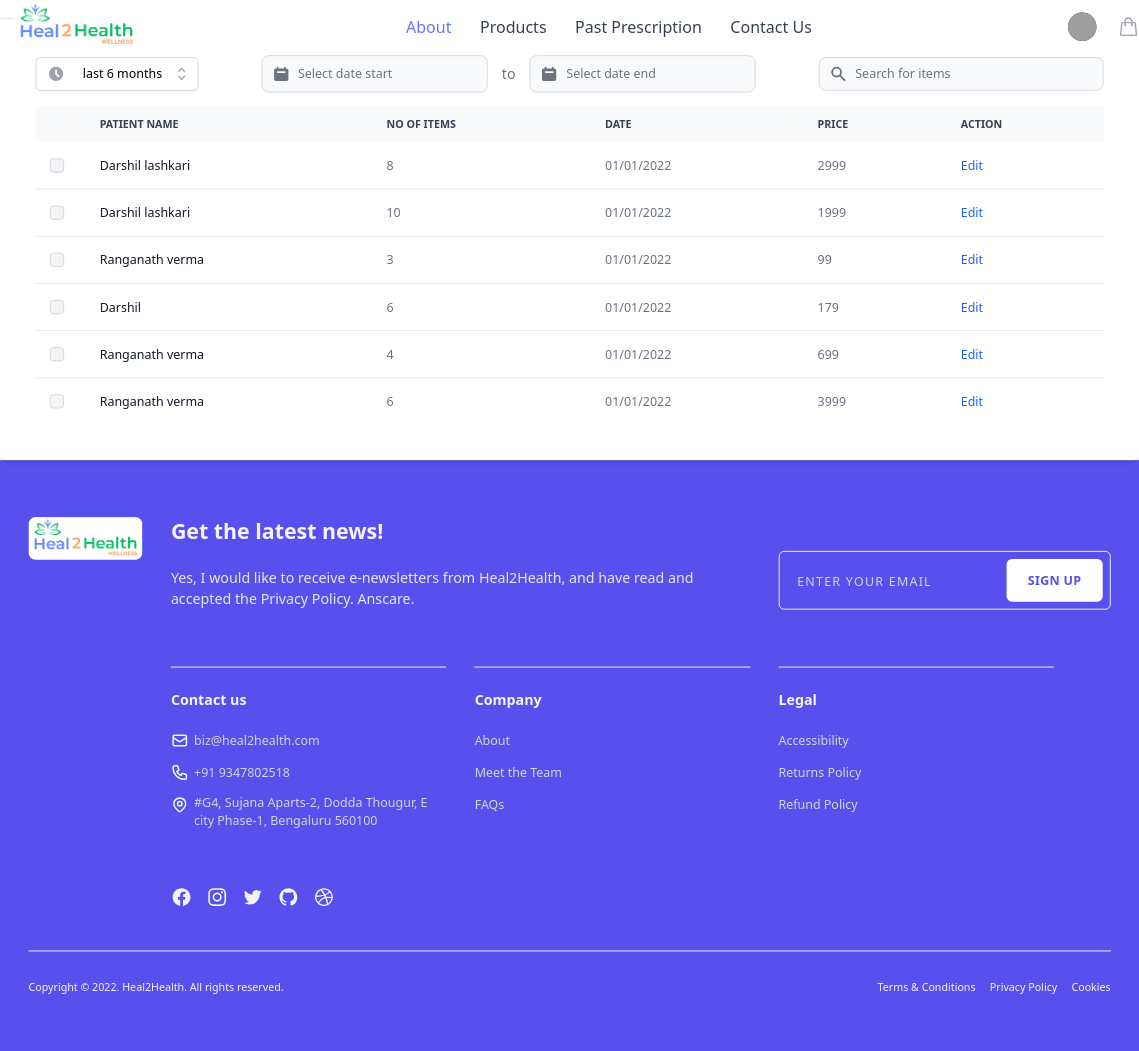
Repository: Akash123-coder/H2H
Page: /pastprescription (app in Frontend/)
An editor plug-in stored every save of this project. The page is shown before and after a run of saves, followed by the edit.
The browser window is 1280 px wide. The pictures show the whole page, at 89% of full size.
Pictures or frames that could not be fetched are drawn as grey boxes. The project was rebuilt for these pictures with package versions that can differ from the ones it lists, and the page was loaded fresh each time. Also part of the build but not shown: Frontend/vite.config.ts, Frontend/src/pages/About.tsx, Frontend/src/components/Cta.jsx, Frontend/src/pages/Home.jsx, Frontend/src/components/Product.tsx, Frontend/src/pages/Prescription.jsx, Frontend/src/pages/SignUp.jsx, Frontend/src/pages/Login.jsx and 1 more.

Above is the page before, as saved 2022-09-30 22:26:50.

### Frontend/index.html
<!DOCTYPE html>
<html lang="en">
  <head>
    <meta charset="UTF-8" />
    <link rel="icon" type="image/svg+xml" href="/vite.svg" />
    <meta name="viewport" content="width=device-width, initial-scale=1.0" />
    <title>Heal2Health</title>
  </head>
  <body>
    <div id="root"></div>
    <script type="module" src="/src/main.tsx"></script>
  </body>
</html>

### Frontend/src/main.tsx
import React from 'react'
import ReactDOM from 'react-dom/client'
import App from './App'
import './index.css'
import {BrowserRouter} from 'react-router-dom'

ReactDOM.createRoot(document.getElementById('root') as HTMLElement).render(
  <React.StrictMode>
    <BrowserRouter>
    <App />
    </BrowserRouter>
  </React.StrictMode>
)

### Frontend/src/App.jsx
import { Routes, Route } from "react-router-dom";
import Navbar from "./components/Navbar.jsx";
import { ShoppingCartProvider } from "./context/ShoppingCartContext";
import About from "./pages/About";
import Home from "./pages/Home";
import Prescription from "./pages/Prescription";
import SignUp from "./pages/SignUp";
import Footer from "./components/Footer";
import Login from "./pages/Login";
import Cart from "./pages/Cart";
import CompanyNameSelect from "./pages/CompanyNameSelect.jsx";
import PastPrescription from "./pages/PastPrescription.jsx";

function App() {
  return (
    <ShoppingCartProvider>
      <Navbar />
      <Routes>
        <Route path="/" element={<Home />} />
        <Route path="/prescription" element={<Prescription />} />
        <Route path="/about" element={<About />} />
        <Route path="/login" element={<Login />} />
        <Route path="/SignUp" element={<SignUp />} />
        <Route path="/pastprescription" element={<PastPrescription />} />
        {/* <Route path="/SignUp" element={<CompanyNameSelect />} /> */}
      </Routes>
      <Footer />
    </ShoppingCartProvider>
  );
}

export default App;

### Frontend/src/components/Navbar.jsx
// import user from '../assets/user.png'
import { useState } from 'react'
import logo from '../assets/logo.png'
import {NavLink} from 'react-router-dom'
import { ShoppingBagIcon } from "@heroicons/react/24/outline";
import Cart from '../pages/Cart'

function Navbar() {
    const [Active, setActive] = useState(true)

    const showMenu = () =>{
        setActive(!Active)
    }

  return (
    <div>
      <nav className=" border-b-2 w-full  bg-white px-2 sm:px-4  py-2.5 rounded top-0  dark:bg-gray-900 ">
        <div className="container bg-white w-full flex flex-wrap justify-between h-fit fixed top-0 items-center mx-auto">
          <a href="/" className="flex items-center ">
            <img
              src={logo}
              className="mr-3 h-16 lg:h-14 sm:h-12"
              alt="Flowbite Logo"
            />
          </a>
          <div className="flex items-center md:order-2">
            <NavLink
              to="/login"
              type="button"
              className="flex mr-3 text-sm bg-gray-800 rounded-full md:mr-0 focus:ring-4 focus:ring-gray-300 dark:focus:ring-gray-600"
              id="user-menu-button"
              aria-expanded="false"
              data-dropdown-toggle="user-dropdown"
              data-dropdown-placement="bottom"
            >
              <span className="sr-only">Open user menu</span>
              <img
                className="w-8 h-8 rounded-full"
                src="https://images.pexels.com/photos/614810/pexels-photo-614810.jpeg?auto=compress&cs=tinysrgb&dpr=1&w=500"
                alt="user photo"
              />
            </NavLink>
            <Cart />

            <button
              data-collapse-toggle="mobile-menu-2"
              type="button"
              className="  inlinkne-flex items-center p-2 ml-1 text-sm text-gray-500 rounded-lg md:hidden hover:bg-gray-100 focus:outlinkne-none focus:ring-2 focus:ring-gray-200 dark:text-gray-400 dark:hover:bg-gray-700 dark:focus:ring-gray-600"
              aria-controls="mobile-menu-2"
              aria-expanded="false"
            >
              <span className="sr-only">Open main menu</span>
              <svg
                className="w-6 h-6"
                aria-hidden="true"
                onClick={showMenu}
                fill="currentColor"
                viewBox="0 0 20 20"
                xmlns="http://www.w3.org/2000/svg"
              >
                <path
                  fill-rule="evenodd"
                  d="M3 5a1 1 0 011-1h12a1 1 0 110 2H4a1 1 0 01-1-1zM3 10a1 1 0 011-1h12a1 1 0 110 2H4a1 1 0 01-1-1zM3 15a1 1 0 011-1h12a1 1 0 110 2H4a1 1 0 01-1-1z"
                  clinkp-rule="evenodd"
                ></path>
              </svg>
            </button>
          </div>
          <div
            className={
              !Active
                ? " justify-between items-center w-full md:flex md:w-auto md:order-1 border-b-stone-500"
                : "hidden"
            }
            id="mobile-menu-2"
          >
            <ul className="flex flex-col p-4 mt-4  bg-gray-50 rounded-lg border border-gray-100 md:flex-row md:space-x-8 md:mt-0 md:text-sm md:font-medium md:border-0 md:bg-white dark:bg-gray-800 md:dark:bg-gray-900 dark:border-gray-700">
              <NavLink to="/">
                <a
                  className="block py-2 pr-4 pl-3 text-lg text-white bg-indigo-700 rounded md:bg-transparent md:text-indigo-700 md:p-0 dark:text-white"
                  aria-current="page "
                  onClick={showMenu}
                >
                  About
                </a>
              </NavLink>
              {/* <NavLink to="/about">
                <a
                  className="block py-2 pr-4 pl-3 text-lg text-gray-700 rounded hover:bg-gray-100 md:hover:bg-transparent md:hover:text-indigo-700 md:p-0 dark:text-gray-400 md:dark:hover:text-white dark:hover:bg-gray-700 dark:hover:text-white md:dark:hover:bg-transparent dark:border-gray-700"
                  onClick={showMenu}
                >
                  About
                </a>
              </NavLink> */}

              <NavLink to="/Prescription">
                <a
                  href="#"
                  className="block py-2 pr-4 pl-3 text-lg text-gray-700 rounded hover:bg-gray-100 md:hover:bg-transparent md:hover:text-indigo-700 md:p-0 dark:text-gray-400 md:dark:hover:text-white dark:hover:bg-gray-700 dark:hover:text-white md:dark:hover:bg-transparent dark:border-gray-700"
                  onClick={showMenu}
                >
                  Products
                </a>
              </NavLink>
              <NavLink to="/PastPrescription">
                <a
                  href="#"
                  className="block py-2 pr-4 pl-3 text-lg text-gray-700 rounded hover:bg-gray-100 md:hover:bg-transparent md:hover:text-indigo-700 md:p-0 dark:text-gray-400 md:dark:hover:text-white dark:hover:bg-gray-700 dark:hover:text-white md:dark:hover:bg-transparent dark:border-gray-700"
                  onClick={showMenu}
                  to="/pastprescription"
                >
                  Past Prescription
                </a>
              </NavLink>

              <a
                href="#contact"
                className="block py-2 pr-4 pl-3 text-lg text-gray-700 rounded hover:bg-gray-100 md:hover:bg-transparent md:hover:text-indigo-700 md:p-0 dark:text-gray-400 md:dark:hover:text-white dark:hover:bg-gray-700 dark:hover:text-white md:dark:hover:bg-transparent dark:border-gray-700"
                onClick={showMenu}
              >
                Contact Us
              </a>
            </ul>
          </div>
          <div
            className={
              "hidden justify-between  items-center w-full md:flex md:w-auto md:order-1"
            }
            id="mobile-menu-2"
          >
            <ul className="flex flex-col p-4 mt-4  bg-gray-50 rounded-lg border border-gray-100 md:flex-row md:space-x-8 md:mt-0 md:text-sm md:font-medium md:border-0 md:bg-white dark:bg-gray-800 md:dark:bg-gray-900 dark:border-gray-700">
              <NavLink to="/">
                <a
                  href="#"
                  className="block py-2 pr-4 pl-3 text-lg text-white bg-indigo-700 rounded md:bg-transparent md:text-indigo-500 md:p-0 dark:text-white"
                  aria-current="page"
                >
                  About
                </a>
              </NavLink>
              {/* <NavLink to="/about">
                <a
                  href="#"
                  className="block py-2 pr-4 pl-3 text-gray-700 rounded text-lg hover:bg-gray-100 md:hover:bg-transparent md:hover:text-indigo-700 md:p-0 dark:text-gray-400 md:dark:hover:text-white dark:hover:bg-gray-700 dark:hover:text-white md:dark:hover:bg-transparent dark:border-gray-700"
                >
                  About
                </a>
              </NavLink> */}

              <NavLink to="/prescription">
                <a
                  href="#"
                  className="block py-2 pr-4 pl-3 text-gray-700 rounded text-lg hover:bg-gray-100 md:hover:bg-transparent md:hover:text-indigo-500 md:p-0 dark:text-gray-400 md:dark:hover:text-white dark:hover:bg-gray-700 dark:hover:text-white md:dark:hover:bg-transparent dark:border-gray-700"
                >
                  Products
                </a>
              </NavLink>
              <NavLink to="/PastPrescription">
                <a
                  href="#"
                  className="block py-2 pr-4 pl-3 text-lg text-gray-700 rounded hover:bg-gray-100 md:hover:bg-transparent md:hover:text-indigo-700 md:p-0 dark:text-gray-400 md:dark:hover:text-white dark:hover:bg-gray-700 dark:hover:text-white md:dark:hover:bg-transparent dark:border-gray-700"
                  to="/pastprescription"
                >
                  Past Prescription
                </a>
              </NavLink>
              <a
                href="#contact"
                className="block py-2 pr-4 pl-3 text-gray-700 rounded text-lg hover:bg-gray-100 md:hover:bg-transparent md:hover:text-indigo-500 md:p-0 dark:text-gray-400 md:dark:hover:text-white dark:hover:bg-gray-700 dark:hover:text-white md:dark:hover:bg-transparent dark:border-gray-700"
              >
                Contact Us
              </a>
            </ul>
          </div>
        </div>
      </nav>
    </div>
  );
}

export default Navbar

### Frontend/src/context/ShoppingCartContext.tsx
import {useContext ,useState, createContext ,ReactNode} from 'react'

const ShoppingCartContext = createContext({})

type ShoppingCartProviderProps ={
    children: ReactNode
}
type CartItem = {
    id: number
    quantity:number
}


type ShoppingCartContext ={
    CartQuantity:number
    CartItems:CartItem[]
    getItemQuantity:(id: number) => number
    increaseItemQuantity:(id: number) => void
    decreaseItemQuantity:(id: number) => void
    removeFromCart:(id: number) => void
}

export function useShoppingCart() {
  return ( useContext(ShoppingCartContext)
  )
}

export function ShoppingCartProvider({children}:ShoppingCartProviderProps){
    const [cartItems ,setCartItems] = useState<CartItem>([]);

    const CartQuantity = cartItems.reduce(
        (quantity ,item) => item.quantity + quantity,0
    )

    function getItemQuantity(id : number){
        return cartItems.find( item => item.id === id)?.quantity || 0
    }
    function increaseItemQuantity(id : number){
         setCartItems(currItems =>{
            if(currItems.find(item => item.id === id)==null){
                return [...currItems, {id , quantity : 1}]

            } else {
                return currItems.map(item =>{
                    if(item.id === id ){
                        return {...item ,quantity: item.quantity + 1}
                    }else{
                        return item
                    }
                })
            }
         })
    }
    function decreaseItemQuantity(id: number) {
        setCartItems(currItems => {
          if (currItems.find(item => item.id === id)?.quantity === 1) {
            return currItems.filter(item => item.id !== id)
          } else {
            return currItems.map(item => {
              if (item.id === id) {
                return { ...item, quantity: item.quantity - 1 }
              } else {
                return item
              }
            })
          }
        })
      }
    function removeFromCart(id : number){
        setCartItems(currItems =>{
            return currItems.filter(item =>item.id!==id)
        })
    }
    return (

        <ShoppingCartContext.Provider value = {{getItemQuantity,increaseItemQuantity,decreaseItemQuantity ,removeFromCart,cartItems,CartQuantity}}>
            {children}
        </ShoppingCartContext.Provider>
    )
}

### Frontend/src/components/DatePickercomp.jsx
// import  React from "react";
// import TextField from "@mui/material/TextField";
// import Box from "@mui/material/Box";
// import { LocalizationProvider } from "@mui/x-date-pickers-pro";
// import { AdapterDayjs } from "@mui/x-date-pickers-pro/AdapterDayjs";
// import { DateRangePicker } from "@mui/x-date-pickers-pro/DateRangePicker";

// export default function BasicDateRangePicker() {
//   const [value, setValue] = React.useState([null, null]);

//   return (
//     <LocalizationProvider
//       dateAdapter={AdapterDayjs}
//       localeText={{ start: "Check-in", end: "Check-out" }}
//     >
//       <DateRangePicker
//         value={value}
//         onChange={(newValue) => {
//           setValue(newValue);
//         }}
//         renderInput={(startProps, endProps) => (
//           <React.Fragment>
//             <TextField {...startProps} />
//             <Box sx={{ mx: 2 }}> to </Box>
//             <TextField {...endProps} />
//           </React.Fragment>
//         )}
//       />
//     </LocalizationProvider>
//   );
// }

import React from 'react'

function DatePickercomp() {
  return (
    <div>
<div date-rangepicker="" class="flex items-center">
  <div class="relative">
    <div class="flex absolute inset-y-0 left-0 items-center pl-3 pointer-events-none">
        <svg aria-hidden="true" class="w-5 h-5 text-gray-500 dark:text-gray-400" fill="currentColor" viewBox="0 0 20 20" xmlns="http://www.w3.org/2000/svg"><path fill-rule="evenodd" d="M6 2a1 1 0 00-1 1v1H4a2 2 0 00-2 2v10a2 2 0 002 2h12a2 2 0 002-2V6a2 2 0 00-2-2h-1V3a1 1 0 10-2 0v1H7V3a1 1 0 00-1-1zm0 5a1 1 0 000 2h8a1 1 0 100-2H6z" clip-rule="evenodd"></path></svg>
    </div>
    <input name="start" type="text" class="bg-gray-50 border border-gray-300 text-gray-900 sm:text-sm rounded-lg focus:ring-blue-500 focus:border-blue-500 block w-full pl-10 p-2.5 dark:bg-gray-700 dark:border-gray-600 dark:placeholder-gray-400 dark:text-white dark:focus:ring-blue-500 dark:focus:border-blue-500 datepicker-input" placeholder="Select date start"/>
  </div>
  <span class="mx-4 text-gray-500">to</span>
  <div class="relative">
    <div class="flex absolute inset-y-0 left-0 items-center pl-3 pointer-events-none">
        <svg aria-hidden="true" class="w-5 h-5 text-gray-500 dark:text-gray-400" fill="currentColor" viewBox="0 0 20 20" xmlns="http://www.w3.org/2000/svg"><path fill-rule="evenodd" d="M6 2a1 1 0 00-1 1v1H4a2 2 0 00-2 2v10a2 2 0 002 2h12a2 2 0 002-2V6a2 2 0 00-2-2h-1V3a1 1 0 10-2 0v1H7V3a1 1 0 00-1-1zm0 5a1 1 0 000 2h8a1 1 0 100-2H6z" clip-rule="evenodd"></path></svg>
    </div>
    <input name="end" type="text" class="bg-gray-50 border border-gray-300 text-gray-900 sm:text-sm rounded-lg focus:ring-blue-500 focus:border-blue-500 block w-full pl-10 p-2.5 dark:bg-gray-700 dark:border-gray-600 dark:placeholder-gray-400 dark:text-white dark:focus:ring-blue-500 dark:focus:border-blue-500 datepicker-input" placeholder="Select date end"/>
</div>
</div>
</div>
  )
}

export default DatePickercomp

### Frontend/src/components/Select.jsx
/* This example requires Tailwind CSS v2.0+ */
import { Fragment, useState } from "react";
import { Listbox, Transition } from "@headlessui/react";
import { CheckIcon, ChevronUpDownIcon } from "@heroicons/react/20/solid";

const people = [
  {
    id: 1,
    name: " last 30 days",
  },
  {
    id: 2,
    name: "last day",
    avatar:
      "https://images.unsplash.com/photo-1550525811-e5869dd03032?ixlib=rb-1.2.1&auto=format&fit=facearea&facepad=2&w=256&h=256&q=80",
  },
  {
    id: 3,
    name: "last 7 days",
    avatar:
      "https://images.unsplash.com/photo-1500648767791-00dcc994a43e?ixlib=rb-1.2.1&ixid=eyJhcHBfaWQiOjEyMDd9&auto=format&fit=facearea&facepad=2.25&w=256&h=256&q=80",
  },
  {
    id: 4,
    name: "last 6 months",
    avatar:
      "https://images.unsplash.com/photo-1472099645785-5658abf4ff4e?ixlib=rb-1.2.1&ixid=eyJhcHBfaWQiOjEyMDd9&auto=format&fit=facearea&facepad=2&w=256&h=256&q=80",
  },
];

function classNames(...classes) {
  return classes.filter(Boolean).join(" ");
}

export default function Select() {
  const [selected, setSelected] = useState(people[3]);

  return (
    <Listbox value={selected} onChange={setSelected}>
      {({ open }) => (
        <>
          <div className="relative ">
            <Listbox.Button className="relative w-full  cursor-default rounded-md border border-gray-300 bg-white py-2 pl-3 pr-10 text-left shadow-sm focus:border-indigo-500 focus:outline-none focus:ring-1 focus:ring-indigo-500 sm:text-sm">
              <span className="flex items-center">
                <svg
                  class="mr-2 w-5 h-5 text-gray-400"
                  aria-hidden="true"
                  fill="currentColor"
                  viewBox="0 0 20 20"
                  xmlns="http://www.w3.org/2000/svg"
                >
                  <path
                    fill-rule="evenodd"
                    d="M10 18a8 8 0 100-16 8 8 0 000 16zm1-12a1 1 0 10-2 0v4a1 1 0 00.293.707l2.828 2.829a1 1 0 101.415-1.415L11 9.586V6z"
                    clip-rule="evenodd"
                  ></path>
                </svg>
                <span className="ml-3 block truncate">{selected.name}</span>
              </span>
              <span className="pointer-events-none absolute inset-y-0 right-0 ml-3 flex items-center pr-2">
                <ChevronUpDownIcon
                  className="h-5 w-5 text-gray-400"
                  aria-hidden="true"
                />
              </span>
            </Listbox.Button>

            <Transition
              show={open}
              as={Fragment}
              leave="transition ease-in duration-100"
              leaveFrom="opacity-100"
              leaveTo="opacity-0"
            >
              <Listbox.Options className="absolute z-10 mt-1 max-h-56 w-full overflow-auto rounded-md bg-white py-1 text-base shadow-lg ring-1 ring-black ring-opacity-5 focus:outline-none sm:text-sm">
                {people.map((person) => (
                  <Listbox.Option
                    key={person.id}
                    className={({ active }) =>
                      classNames(
                        active ? "text-white bg-indigo-600" : "text-gray-900",
                        "relative cursor-default select-none py-2 pl-3 pr-9"
                      )
                    }
                    value={person}
                  >
                    {({ selected, active }) => (
                      <>
                        <div className="flex items-center">

                          <span
                            className={classNames(
                              selected ? "font-semibold" : "font-normal",
                              "ml-3 block truncate"
                            )}
                          >
                            {person.name}
                          </span>
                        </div>

                        {selected ? (
                          <span
                            className={classNames(
                              active ? "text-white" : "text-indigo-600",
                              "absolute inset-y-0 right-0 flex items-center pr-4"
                            )}
                          >
                            <CheckIcon className="h-5 w-5" aria-hidden="true" />
                          </span>
                        ) : null}
                      </>
                    )}
                  </Listbox.Option>
                ))}
              </Listbox.Options>
            </Transition>
          </div>
        </>
      )}
    </Listbox>
  );
}

### Frontend/tailwind.config.cjs
/** @type {import('tailwindcss').Config} */
module.exports = {
  content: [
    "./src/**/*.{js,jsx,ts,tsx}",
    "node_modules/flowbite-react/**/*.{js,jsx,ts,tsx}",
  ],
  theme: {
    extend: {},
  },
  plugins: [require("flowbite/plugin"), require("@tailwindcss/forms")],
};

Loaded but not shown: Frontend/src/index.css (common file); Frontend/src/components/Footer.jsx (300 lines, source omitted); Frontend/src/pages/PastPrescription.jsx (260 lines, source omitted); Frontend/src/pages/Cart.jsx (227 lines, source omitted)

After the next 2 saves:
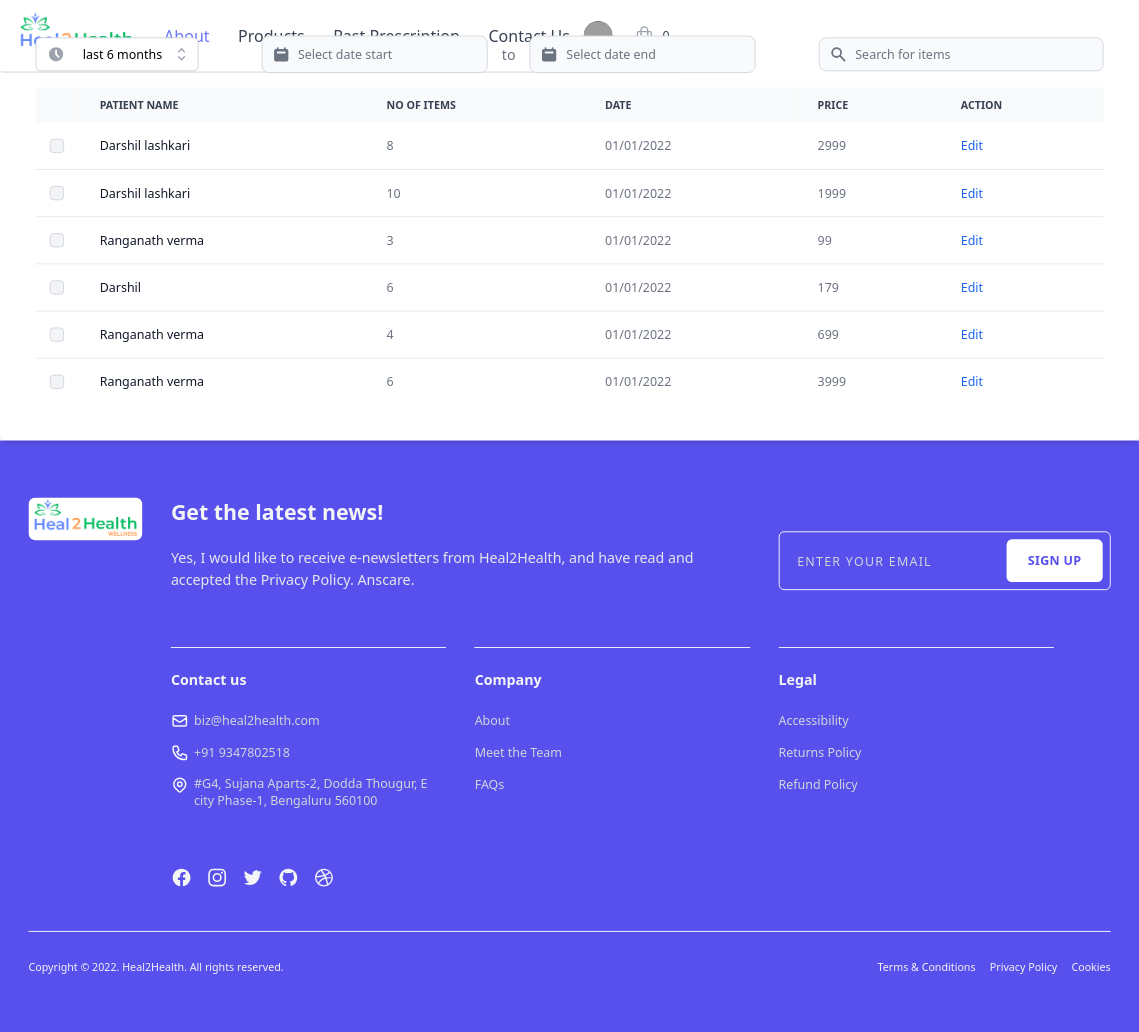
The 2 saves are shown as one change because they came seconds apart.
The last was saved 7 s later.
--- a/Frontend/src/components/Navbar.jsx
+++ b/Frontend/src/components/Navbar.jsx
@@ -14,8 +14,8 @@ function Navbar() {
 
   return (
     <div>
-      <nav className=" border-b-2 w-full  bg-white px-2 sm:px-4  py-2.5 rounded top-0  dark:bg-gray-900 ">
-        <div className="container bg-white w-full flex flex-wrap justify-between h-fit fixed top-0 items-center mx-auto">
+      <nav className="bg-white border-b-2  px-2 sm:px-4  py-2.5 rounded fixed  top-0  dark:bg-gray-900 ">
+        <div className="container flex flex-wrap justify-between items-center mx-auto">
           <a href="/" className="flex items-center ">
             <img
               src={logo}
